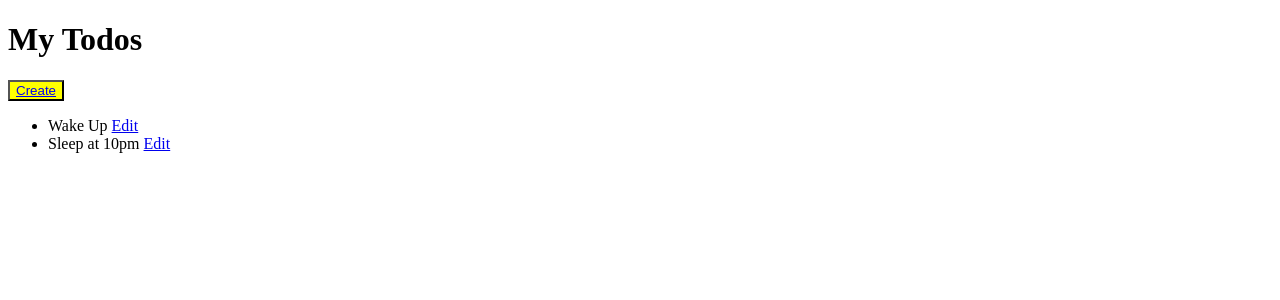
Repository: 99Ace/djangoLesson
Page: http://localhost/todos/
The author's editor kept a record of every edit. The page is drawn from the files as they stood at one moment, then again after the next edit.
The browser window is 1280 px wide. The pictures show the whole page.
The page is served by the project's application, run on Django 2.2 (manage.py). Other server files are loaded and not shown. The page reads the database file committed with the project.

Above is the page before.

### todos/views.py
from django.shortcuts import render, HttpResponse, redirect, get_object_or_404
from .models import Item
from .forms import ItemForm

# Create your views here.
def show_todos(request):
    results = Item.objects.all()
    return render(request, "todo.html", {
        'items':results
    })

# CREATE FUNCTION
def create_item(request):
  if request.method == "POST":
        form = ItemForm(request.POST, request.FILES)
        if form.is_valid():
            form.save()
            return redirect(show_todos)
  else:
     form = ItemForm()
     return render(request, "todo_form.html", {'form': form})

#create new function
def edit_item(request, id):
    item = get_object_or_404(Item, pk=id)

    if request.method == "POST":
        form = ItemForm(request.POST, instance=item)
        if form.is_valid():
            form.save()
            return redirect(show_todos)
    else:
        form = ItemForm(instance=item)
    return render(request, "todo_form.html", {'form': form})

### todos/templates/todo.html
<!DOCTYPE html>
<html lang="en">
<head>
    <meta charset="UTF-8">
    <meta name="viewport" content="width=device-width, initial-scale=1.0">
    <meta http-equiv="X-UA-Compatible" content="ie=edge">
    <title>Document</title>
</head>
<body>
    <h1> My Todos</h1>
    <button style="background-color:yellow"><a href="create">Create</a></button>
    <ul>
        {% for i in items %}
         <li>
             {{ i.name }} <a href="edit/{{i.id}}">Edit</a>
         </li>
        {%endfor%}
    </ul>
</body>
</html>

### todos/models.py
from django.db import models

# Create your models here.
# declare a class named "Item"
class Item(models.Model):
    name = models.CharField(max_length=30, blank=False)
    done = models.BooleanField(blank=False, default=False)
    ongoing = models.BooleanField(blank=False, default=False)
    completed_at = models.DateField(blank=True, null=True, default=None)
    category = models.ForeignKey('Category', on_delete=models.CASCADE)
    tags = models.ManyToManyField('Tag')
    assign = models.ForeignKey('Arrow', on_delete=models.CASCADE)

    def __str__(self):
        return self.name

class Category(models.Model):
    name = models.CharField(max_length=255, blank=False)
    def __str__(self):
        return self.name

class Tag(models.Model):
    name = models.CharField(max_length=50, blank=False)
    def __str__(self):
        return self.name

class Arrow(models.Model):
    name = models.CharField(max_length=255, blank=False)
    def __str__(self):
        return self.name

### todo_project/urls.py
"""todo_project URL Configuration

The `urlpatterns` list routes URLs to views. For more information please see:
    https://docs.djangoproject.com/en/2.2/topics/http/urls/
Examples:
Function views
    1. Add an import:  from my_app import views
    2. Add a URL to urlpatterns:  path('', views.home, name='home')
Class-based views
    1. Add an import:  from other_app.views import Home
    2. Add a URL to urlpatterns:  path('', Home.as_view(), name='home')
Including another URLconf
    1. Import the include() function: from django.urls import include, path
    2. Add a URL to urlpatterns:  path('blog/', include('blog.urls'))
"""
from django.contrib import admin
from django.urls import path
from todos.views import show_todos, create_item, edit_item  #<-- add function name here


urlpatterns = [
    path('admin/', admin.site.urls),
    path('todos/',show_todos),
    path('todos/create', create_item),
    path('todos/edit/<id>', edit_item)
    # path('todos/delete'<--route , function name)
]

### db.sqlite3 (the tables this page reads, as SQL)
CREATE TABLE "todos_item" ("id" integer NOT NULL PRIMARY KEY AUTOINCREMENT, "name" varchar(30) NOT NULL, "done" bool NOT NULL, "completed_at" date NULL, "ongoing" bool NOT NULL, "category_id" integer NOT NULL REFERENCES "todos_category" ("id") DEFERRABLE INITIALLY DEFERRED, "assign_id" integer NOT NULL REFERENCES "todos_arrow" ("id") DEFERRABLE INITIALLY DEFERRED);
INSERT INTO "todos_item" VALUES
(1, 'Wake Up', 1, NULL, 0, 1, 3),
(2, 'Sleep at 10pm', 0, NULL, 0, 1, 3);

After the next edit:
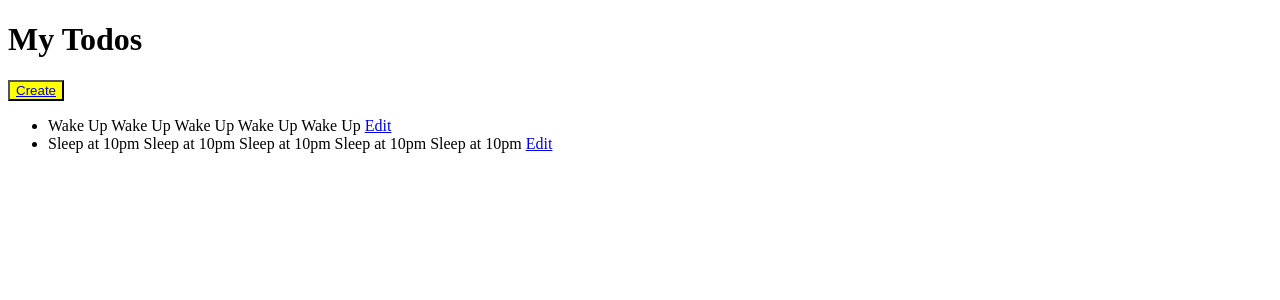
The edit:
--- a/todos/templates/todo.html
+++ b/todos/templates/todo.html
@@ -12,6 +12,10 @@
     <ul>
         {% for i in items %}
          <li>
+             {{ i.name }}
+             {{ i.name }}
+             {{ i.name }}
+             {{ i.name }}
              {{ i.name }} <a href="edit/{{i.id}}">Edit</a>
          </li>
         {%endfor%}
